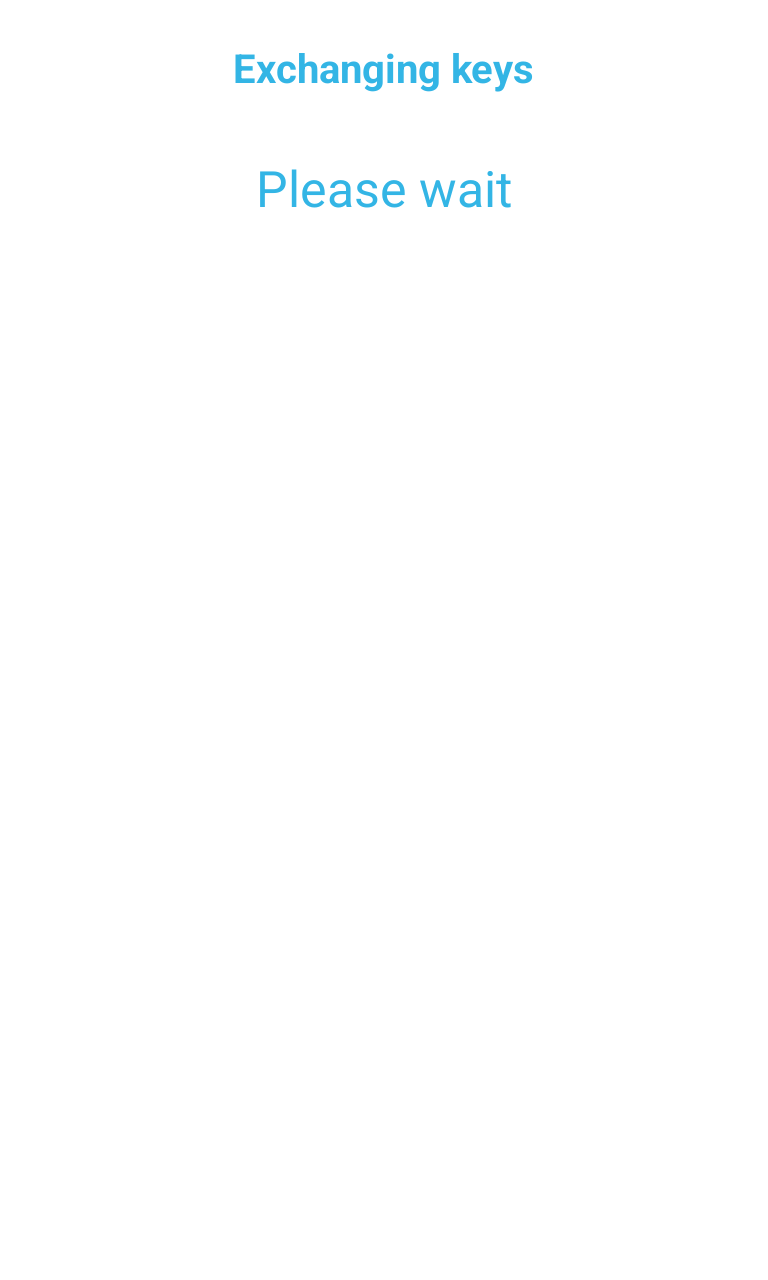
Repository: fareehaamjad/SMI-final
Layout: SecureMobileIdentity/res/layout/sms_activity.xml
The author's editor kept a copy of each file at every save. The layout is drawn from the files as they stood at one save, then again after the next save.
It is drawn on a 768 x 1280 px phone screen (xhdpi) without system bars, with theme AppTheme; the app's code is not run. Lists and similar views that code fills are empty. The app's manifest (not shown) leaves right-to-left support off. So textAlignment, textDirection and layoutDirection are ignored, and left and right values win over start and end ones.

Above is the layout before, as saved 2015-08-19 15:14:54.

After the next save:
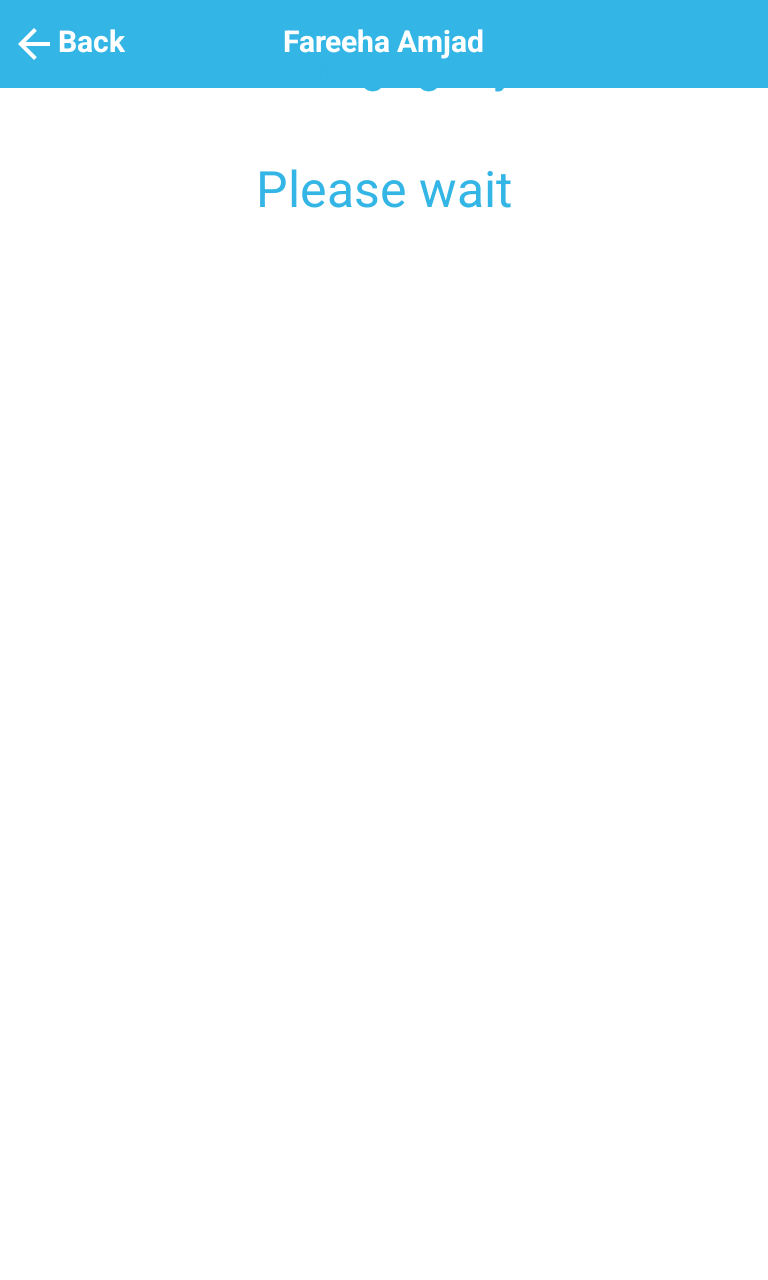
Saved 37 s later.
--- a/SecureMobileIdentity/res/layout/sms_activity.xml
+++ b/SecureMobileIdentity/res/layout/sms_activity.xml
@@ -12,7 +12,7 @@
         android:layout_above="@+id/ll_bottom"
         android:layout_alignParentTop="true"
         android:orientation="vertical"
-        android:visibility="gone" >
+        android:visibility="visible" >
 
         <RelativeLayout
             android:layout_width="fill_parent"

After the 2 saves that followed:
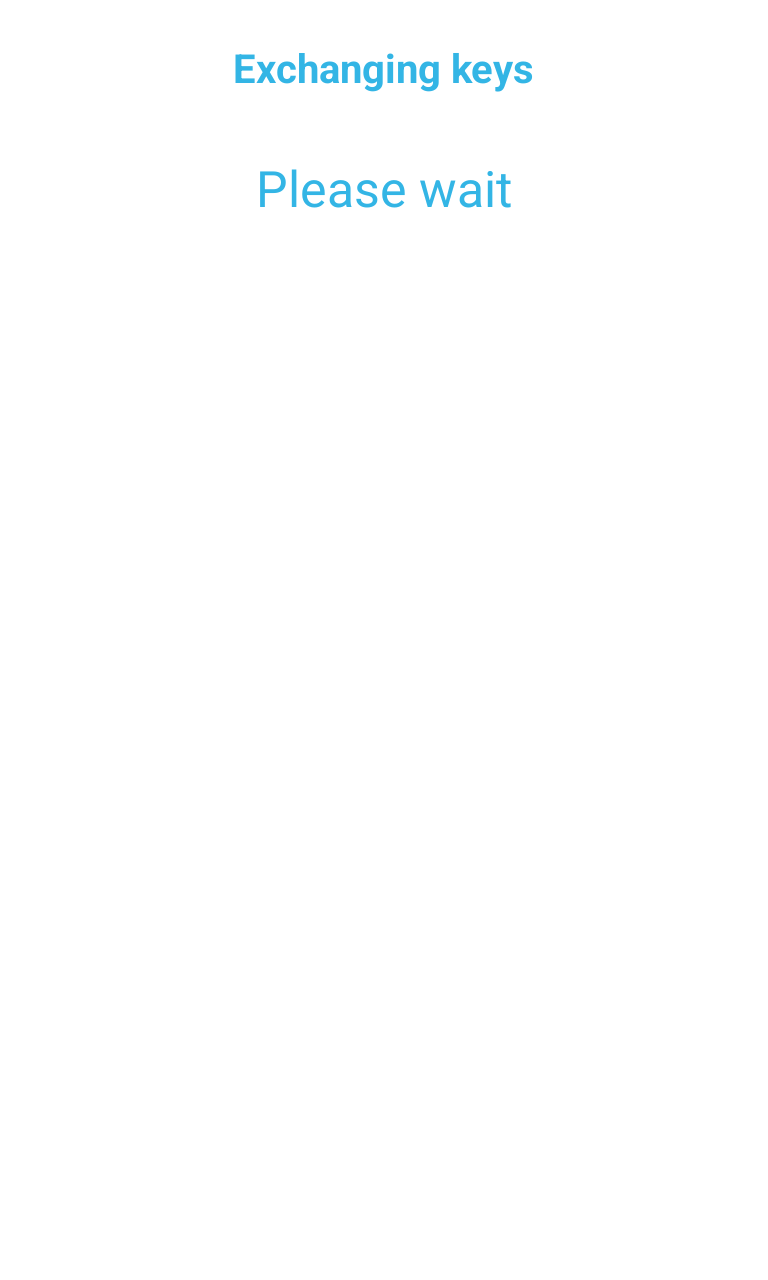
The 2 saves are shown as one change because 1 left the picture as it was.
The last was saved 44 s later.
--- a/SecureMobileIdentity/res/layout/sms_activity.xml
+++ b/SecureMobileIdentity/res/layout/sms_activity.xml
@@ -12,7 +12,7 @@
         android:layout_above="@+id/ll_bottom"
         android:layout_alignParentTop="true"
         android:orientation="vertical"
-        android:visibility="visible" >
+        android:visibility="gone" >
 
         <RelativeLayout
             android:layout_width="fill_parent"
